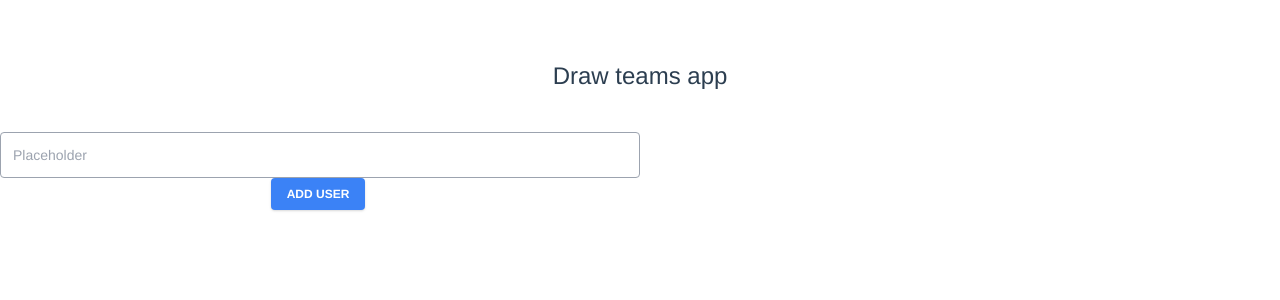
Repository: AlekJanevski/draw-teams-app
Page: /
These files come from the project's save history. The page is drawn as it stood at one moment and after the next save; the edit follows.
The browser window is 1280 px wide. The pictures show the whole page.
The project was rebuilt for these pictures with package versions that can differ from the ones it lists, and the page was loaded fresh each time.

Above is the page before, as saved 2021-03-18 20:21:19.

After the next save:
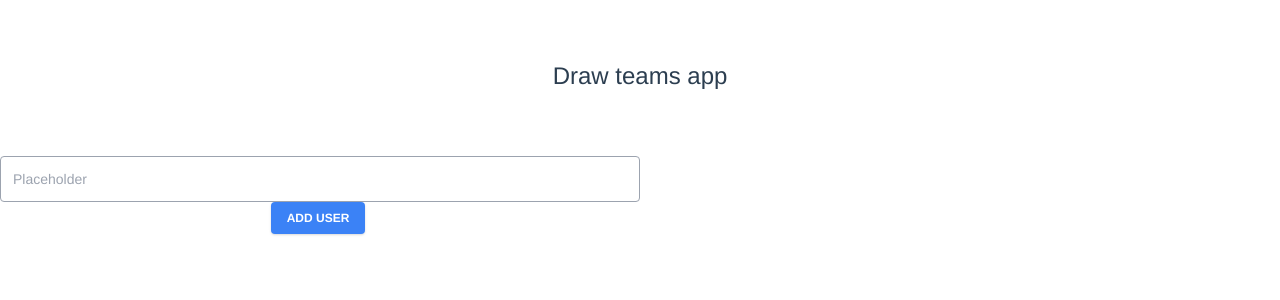
Saved 4 s later.
--- a/src/components/HelloWorld.vue
+++ b/src/components/HelloWorld.vue
@@ -1,6 +1,6 @@
 <template>
   <div>
-    <h1 class="mb-10 text-2xl">Draw teams app</h1>
+    <h1 class="mb-16 text-2xl">Draw teams app</h1>
 
     <!-- Add user wrapper starts -->
     <div class="w-1/2 pt-0 mb-3">
